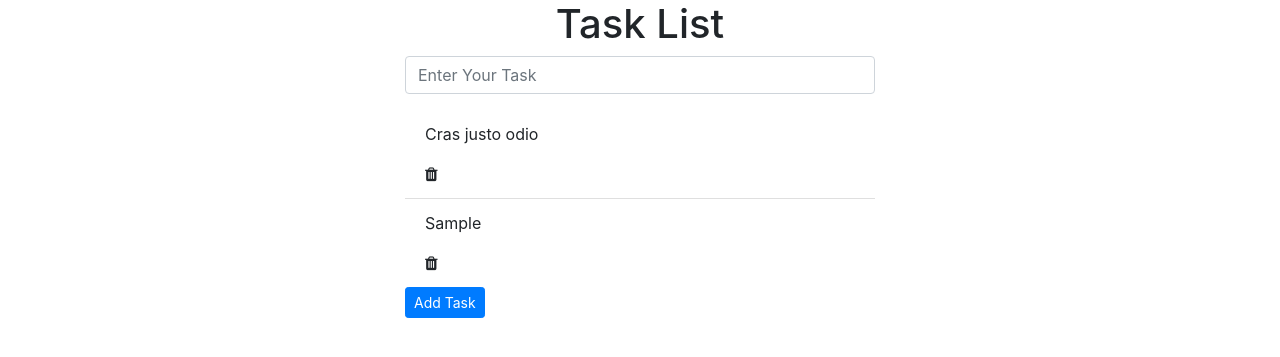
Repository: hoangphuong965/todolist
Page: index.html
The author's editor kept a copy of each file at every save. The page is drawn from the files as they stood at one save, then again after the next save.
The browser window is 1280 px wide. The pictures show the whole page.
Empty fields were first filled with sample values (such as "Sample", 5 or name@example.com).
After loading, the first visible `form.form` was submitted once.

Above is the page before, as saved 2020-09-04 14:39:34.

### index.html
<!DOCTYPE html>
<html lang="en">

<head>
     <meta charset="UTF-8">
     <meta name="viewport" content="width=device-width, initial-scale=1.0">
     <title>Document</title>
     <link rel="stylesheet" href="https://stackpath.bootstrapcdn.com/bootstrap/4.3.1/css/bootstrap.min.css"
          integrity="sha384-ggOyR0iXCbMQv3Xipma34MD+dH/1fQ784/j6cY/iJTQUOhcWr7x9JvoRxT2MZw1T" crossorigin="anonymous">
     <link rel="stylesheet" href="https://maxcdn.bootstrapcdn.com/font-awesome/4.7.0/css/font-awesome.min.css">
     <link rel="stylesheet" href="style.css">
</head>

<body>
     <div class="container">
          <h1 class="text-center">Task List</h1>
          <form class="form">
               <div class="form-group ">
                    <input type="text" class="form-control" style="outline-color: black;" placeholder="Enter Your Task">
               </div>
               <div class="list">
                    <ol class="list-group list-group-flush">
                         <li class="list-group-item grid">
                              <p>Cras justo odio</p>
                              <i class="fa fa-trash trash" aria-hidden="true"></i>
                         </li>
                    </ol>
               </div>
               <button type="submit" class="btn btn-primary btn-sm">Add Task</button>
          </form>
     </div>
     <script src="app.js"></script>
</body>

</html>

### style.css
.container{
     width: 500px;
}
.flex {
  display: flex;
  justify-content: space-between;
}
i{
     margin-top: 3px;
     text-align: right;
}
.trash{
cursor: pointer;
}

### app.js
const input = document.querySelector("input");
let html = document.querySelector(".list");
const trash = document.querySelector("i");

const form = document.querySelector(".form");
form.addEventListener("submit", (e) => {
  e.preventDefault();
  add();
});

const add = () => {
  if (input.value === "") {
    alerts();
    return;
  } else {
    let ul = `
          <ol class="list-group list-group-flush ">
               <li class="list-group-item grid">
                    <p>${input.value}</p>
                    <i class="fa fa-trash" aria-hidden="true"></i>
               </li>
          </ol>
     `;
    input.value = "";
    html.innerHTML += ul;
  }
};

const alerts = () => {
  window.alert("điền vào ô trống");
};

After the next save:
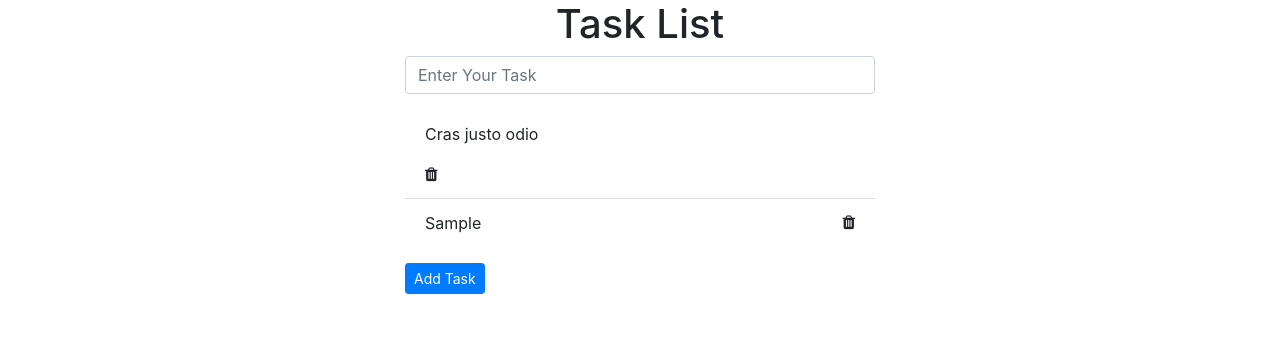
Saved 7 s later.
--- a/app.js
+++ b/app.js
@@ -15,7 +15,7 @@ const add = () => {
   } else {
     let ul = `
           <ol class="list-group list-group-flush ">
-               <li class="list-group-item grid">
+               <li class="list-group-item flex">
                     <p>${input.value}</p>
                     <i class="fa fa-trash" aria-hidden="true"></i>
                </li>
